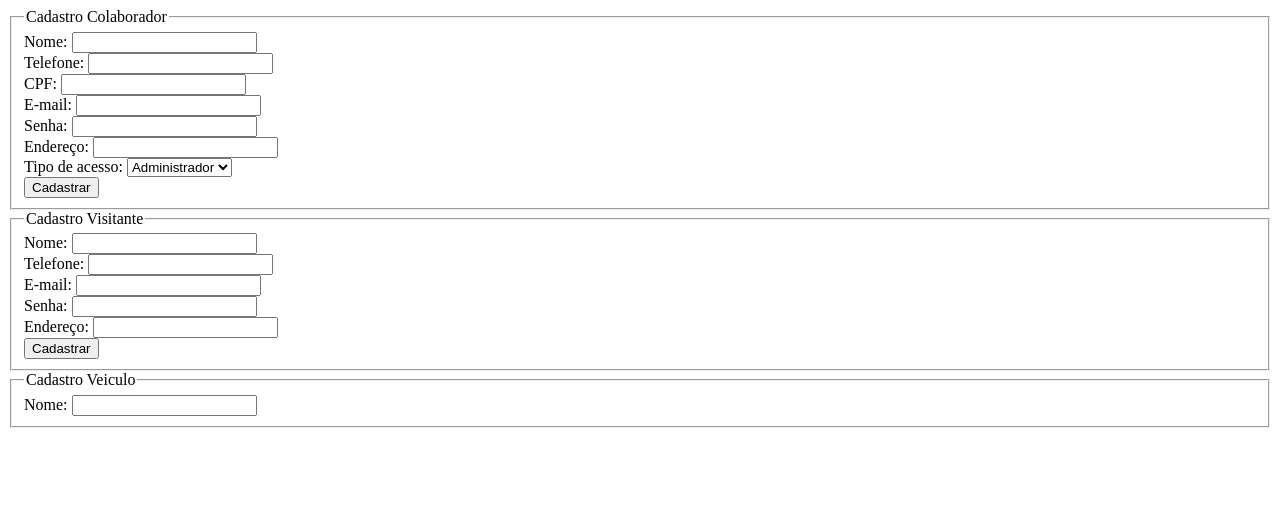
Repository: tdex/cmproject
Page: http://localhost/cmproject/
These files come from the project's save history. The page is drawn as it stood at one moment and after the next save; the edit follows.
The browser window is 1280 px wide. The pictures show the whole page.
The page is served by Tomcat 9.

Above is the page before, as saved 2015-06-16 16:43:57.

After the next save:
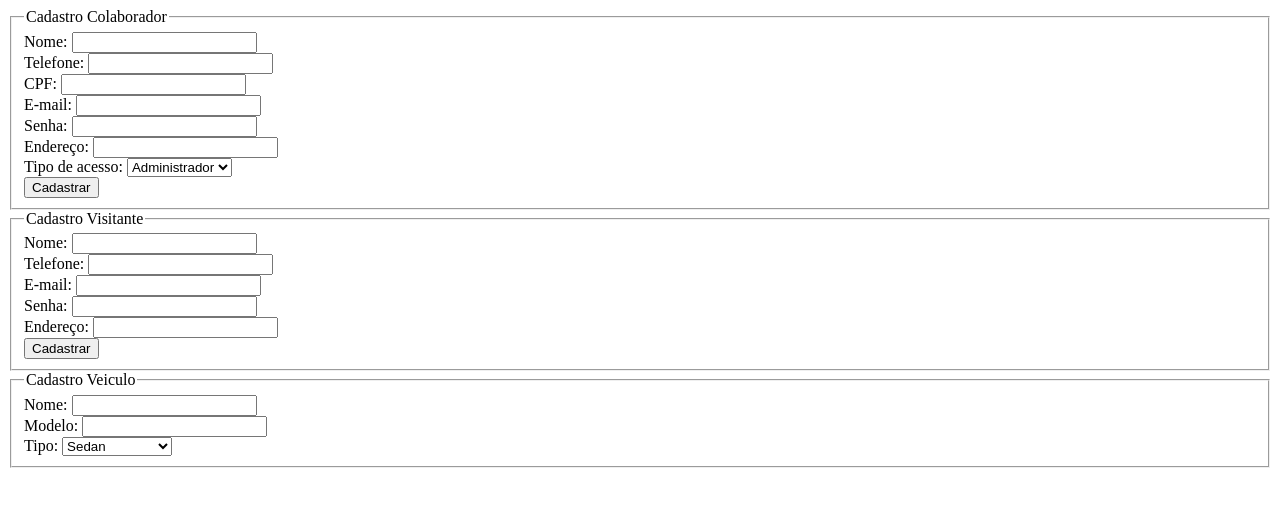
Saved 5 min 47 s later.
--- a/codigo/cmproject/cmproject/WebContent/index.jsp
+++ b/codigo/cmproject/cmproject/WebContent/index.jsp
@@ -41,7 +41,21 @@
 	<form action="validaVeiculo.jsp" method="get">
 		<fieldset>
 			<legend>Cadastro Veiculo</legend>
-			<label>Nome: <input type="text"></label>
+			<label>Nome: <input type="text" required name="nome"></label><br>
+			<label>Modelo: <input type="text" required name="modelo"></label><br>
+			<label>Tipo:
+				<select>
+					<optgroup label="Carro">
+						<option>Sedan</option>
+						<option>Hatch</option>
+						<option>SUV</option>
+					</optgroup>
+					<optgroup label="Motos">
+						<option>Esportivas</option>
+						<option>Econômicas</option>
+					</optgroup>
+				</select>
+			</label>
 		</fieldset>
 	</form>
 </body>
